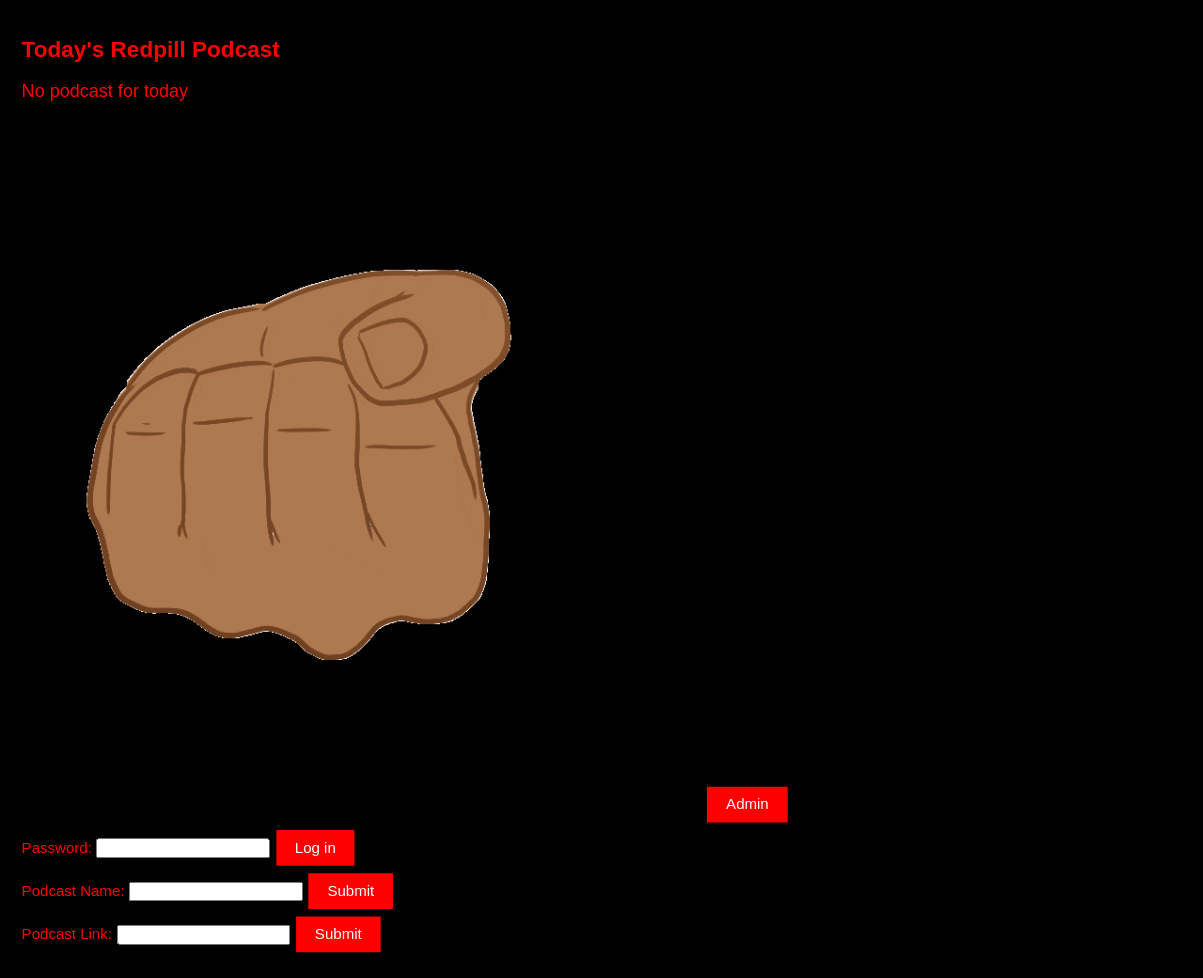
Repository: fechinmitchell/thedailyonepercent
Page: popup.html
An editor plug-in stored every save of this project. The page is shown before and after the next save, followed by the edit.
The browser window is 1280 px wide. The pictures show the whole page, at 94% of full size.

Above is the page before, as saved 2023-06-21 21:18:58.

### popup.html
<!DOCTYPE html>
<html>
<head>
  <link rel="stylesheet" type="text/css" href="popup.css">
</head>
<body>
  <h1>Today's Redpill Podcast</h1>
  <p id="podcast"></p>
  <img id="logo" src="icon.gif" alt="Redpill Logo">
  <button id="admin-button">Admin</button>

  <!-- Login Popup -->
  <div id="loginPopup" class="popup">
    <div class="popup-content">
      <label for="password">Password:</label>
      <input type="password" id="password" name="password">
      <button type="button" id="loginButton">Log in</button>
    </div>
  </div>

  <!-- Podcast Name Popup -->
  <div id="podcastNamePopup" class="popup">
    <div class="popup-content">
      <label for="podcastName">Podcast Name:</label>
      <input type="text" id="podcastName" name="podcastName">
      <button type="button" id="podcastNameButton">Submit</button>
    </div>
  </div>

  <!-- Podcast Link Popup -->
  <div id="podcastLinkPopup" class="popup">
    <div class="popup-content">
      <label for="podcastLink">Podcast Link:</label>
      <input type="text" id="podcastLink" name="podcastLink">
      <button type="button" id="podcastLinkButton">Submit</button>
    </div>
  </div>

  <script src="popup.js"></script>
</body>
</html>

### popup.css
body {
    background-color: #000;
    color: #f00;
    font-family: Arial, sans-serif;
    padding: 15px;
  }

  h1 {
    font-size: 1.5em;
    margin-bottom: 10px;
  }

  #podcast {
    font-size: 1.2em;
    margin-bottom: 20px;
  }

  button {
    background-color: #f00;
    border: none;
    color: #fff;
    padding: 10px 20px;
    text-align: center;
    text-decoration: none;
    display: inline-block;
    font-size: 16px;
    margin: 4px 2px;
    cursor: pointer;
  }

### popup.js
document.addEventListener('DOMContentLoaded', function() {
  var date = new Date();
  var dayOfMonth = date.getDate();
  var podcast = null;

  try {
    podcast = JSON.parse(localStorage.getItem(dayOfMonth));
  } catch (e) {
    console.error('Failed to parse podcast data', e);
  }

  var podcastElement = document.getElementById('podcast');
  if (podcast && podcast.name && podcast.link) {
    var link = document.createElement('a');
    link.href = podcast.link;
    link.target = "_blank"; // open in new tab
    link.innerText = podcast.name;
    podcastElement.appendChild(link);
  } else {
    podcastElement.innerText = 'No podcast for today';
  }

  var clickCount = 0;
  document.getElementById('logo').addEventListener('click', function() {
    clickCount++;
    if (clickCount == 2) {
      document.getElementById('loginPopup').style.display = 'block';  // Show the popup

      document.getElementById('loginButton').addEventListener('click', function() {
        var password = document.getElementById('password').value;

        if (password == 'your_password_here') {
          var newPodcastName = prompt('Enter the name of the podcast for ' + dayOfMonth);
          var newPodcastLink = prompt('Enter the link to the podcast for ' + dayOfMonth);
          localStorage.setItem(dayOfMonth, JSON.stringify({ name: newPodcastName, link: newPodcastLink }));
        }

        document.getElementById('loginPopup').style.display = 'none';  // Hide the popup
        clickCount = 0;
      });
    }
  });

  document.getElementById('admin-button').addEventListener('click', function() {
    document.getElementById('loginPopup').style.display = 'block';  // Show the popup

    document.getElementById('loginButton').addEventListener('click', function() {
      var password = document.getElementById('password').value;

      if (password == 'your_password_here') {
        var newPodcastName = prompt('Enter the name of the podcast for ' + dayOfMonth);
        var newPodcastLink = prompt('Enter the link to the podcast for ' + dayOfMonth);
        localStorage.setItem(dayOfMonth, JSON.stringify({ name: newPodcastName, link: newPodcastLink }));
      }

      document.getElementById('loginPopup').style.display = 'none';  // Hide the popup
    });
  });
});

After the next save:
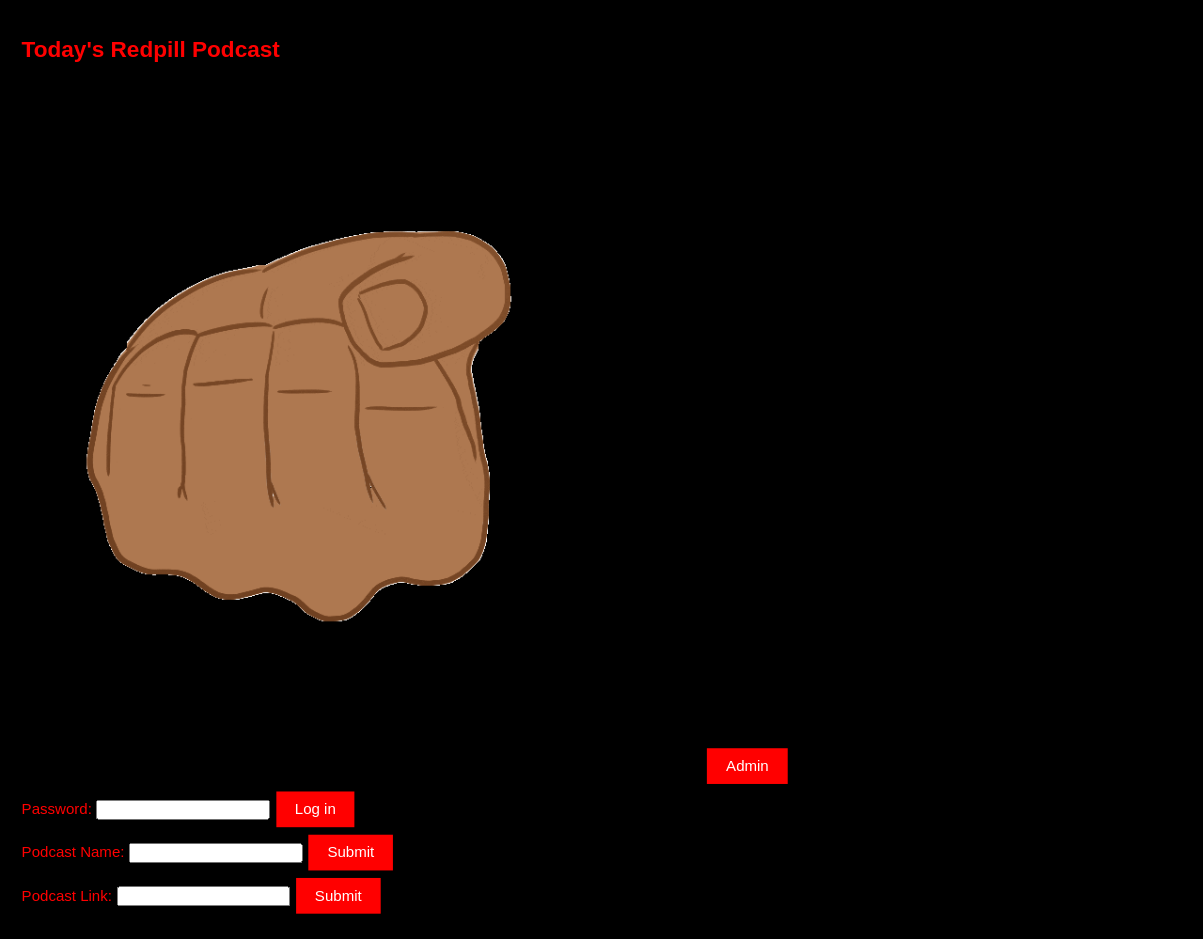
Saved 9 s later.
--- a/popup.js
+++ b/popup.js
@@ -1,59 +1,24 @@
-document.addEventListener('DOMContentLoaded', function() {
-  var date = new Date();
-  var dayOfMonth = date.getDate();
-  var podcast = null;
+document.getElementById('loginButton').addEventListener('click', function() {
+  var password = document.getElementById('password').value;
 
-  try {
-    podcast = JSON.parse(localStorage.getItem(dayOfMonth));
-  } catch (e) {
-    console.error('Failed to parse podcast data', e);
+  if (password == 'your_password_here') {
+    document.getElementById('loginPopup').style.display = 'none';  // Hide the login popup
+    document.getElementById('podcastNamePopup').style.display = 'block';  // Show the podcast name popup
   }
 
-  var podcastElement = document.getElementById('podcast');
-  if (podcast && podcast.name && podcast.link) {
-    var link = document.createElement('a');
-    link.href = podcast.link;
-    link.target = "_blank"; // open in new tab
-    link.innerText = podcast.name;
-    podcastElement.appendChild(link);
-  } else {
-    podcastElement.innerText = 'No podcast for today';
-  }
+  // Handle podcast name input
+  document.getElementById('podcastNameButton').addEventListener('click', function() {
+    var newPodcastName = document.getElementById('podcastName').value;
+    document.getElementById('podcastNamePopup').style.display = 'none';  // Hide the podcast name popup
+    document.getElementById('podcastLinkPopup').style.display = 'block';  // Show the podcast link popup
 
-  var clickCount = 0;
-  document.getElementById('logo').addEventListener('click', function() {
-    clickCount++;
-    if (clickCount == 2) {
-      document.getElementById('loginPopup').style.display = 'block';  // Show the popup
+    // Handle podcast link input
+    document.getElementById('podcastLinkButton').addEventListener('click', function() {
+      var newPodcastLink = document.getElementById('podcastLink').value;
+      document.getElementById('podcastLinkPopup').style.display = 'none';  // Hide the podcast link popup
 
-      document.getElementById('loginButton').addEventListener('click', function() {
-        var password = document.getElementById('password').value;
-
-        if (password == 'your_password_here') {
-          var newPodcastName = prompt('Enter the name of the podcast for ' + dayOfMonth);
-          var newPodcastLink = prompt('Enter the link to the podcast for ' + dayOfMonth);
-          localStorage.setItem(dayOfMonth, JSON.stringify({ name: newPodcastName, link: newPodcastLink }));
-        }
-
-        document.getElementById('loginPopup').style.display = 'none';  // Hide the popup
-        clickCount = 0;
-      });
-    }
-  });
-
-  document.getElementById('admin-button').addEventListener('click', function() {
-    document.getElementById('loginPopup').style.display = 'block';  // Show the popup
-
-    document.getElementById('loginButton').addEventListener('click', function() {
-      var password = document.getElementById('password').value;
-
-      if (password == 'your_password_here') {
-        var newPodcastName = prompt('Enter the name of the podcast for ' + dayOfMonth);
-        var newPodcastLink = prompt('Enter the link to the podcast for ' + dayOfMonth);
-        localStorage.setItem(dayOfMonth, JSON.stringify({ name: newPodcastName, link: newPodcastLink }));
-      }
-
-      document.getElementById('loginPopup').style.display = 'none';  // Hide the popup
+      // Store new podcast data
+      localStorage.setItem(dayOfMonth, JSON.stringify({ name: newPodcastName, link: newPodcastLink }));
     });
   });
 });
